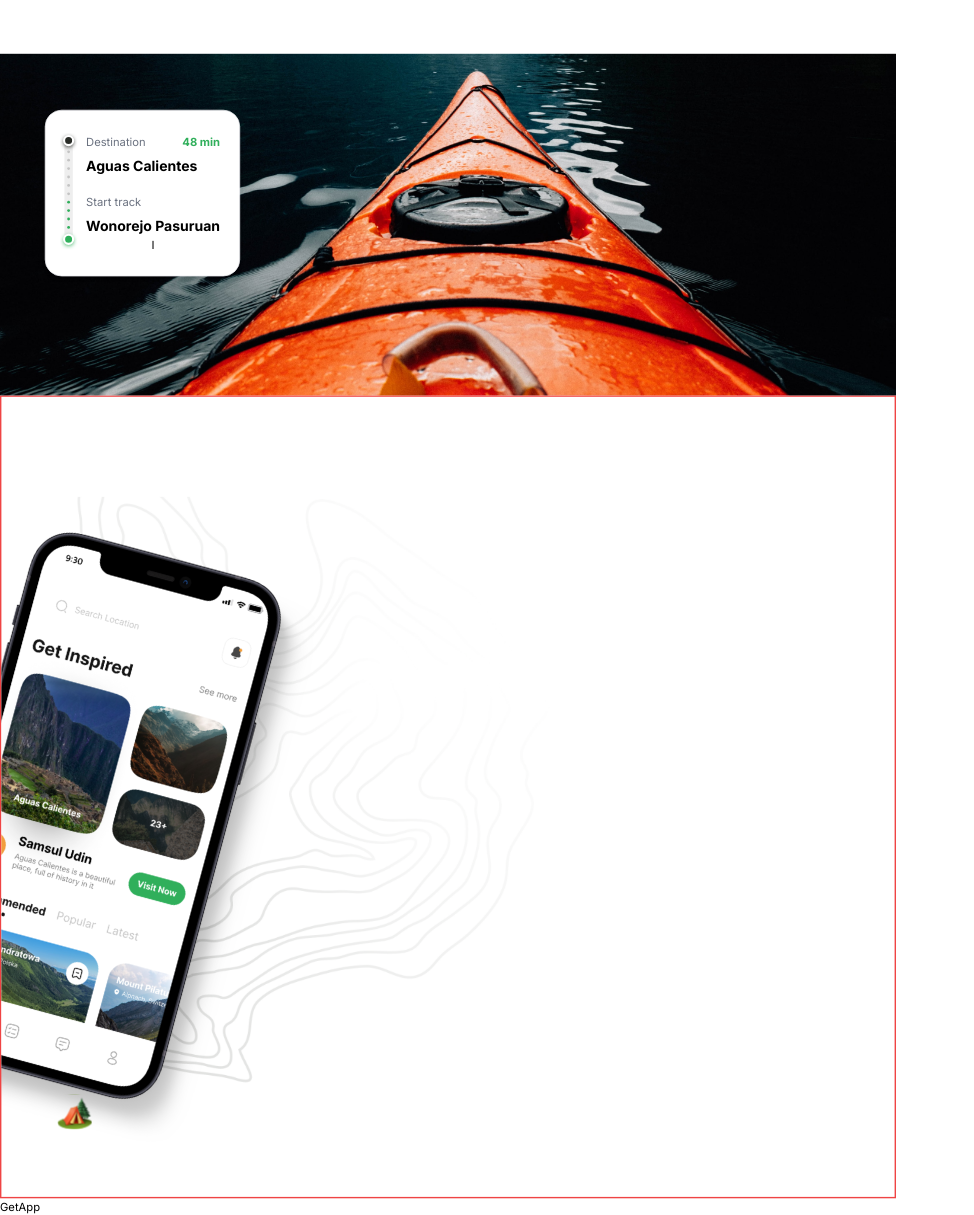
Repository: abdulrahmanmahmood/Travel-App
Page: /
The author's editor kept a copy of each file at every save. The page is drawn from the files as they stood at one save, then again after the next save.
The browser window is 1280 px wide. The page is 1392 px wide, so the pictures cover 1392 px, including what lies to the right of the window. The pictures show the part of the page from y = 2107 to 3867 px (the page is 3843 px tall before and 3867 px after), at 70% of full size.
The project was rebuilt for these pictures with package versions that can differ from the ones it lists, and the page was loaded fresh each time. The framework's server and built-in components were replaced by stand-ins that run in the browser. Also part of the build but not shown: next.config.js.

Above is the page before, as saved 2023-11-08 11:38:19.

After the next save:
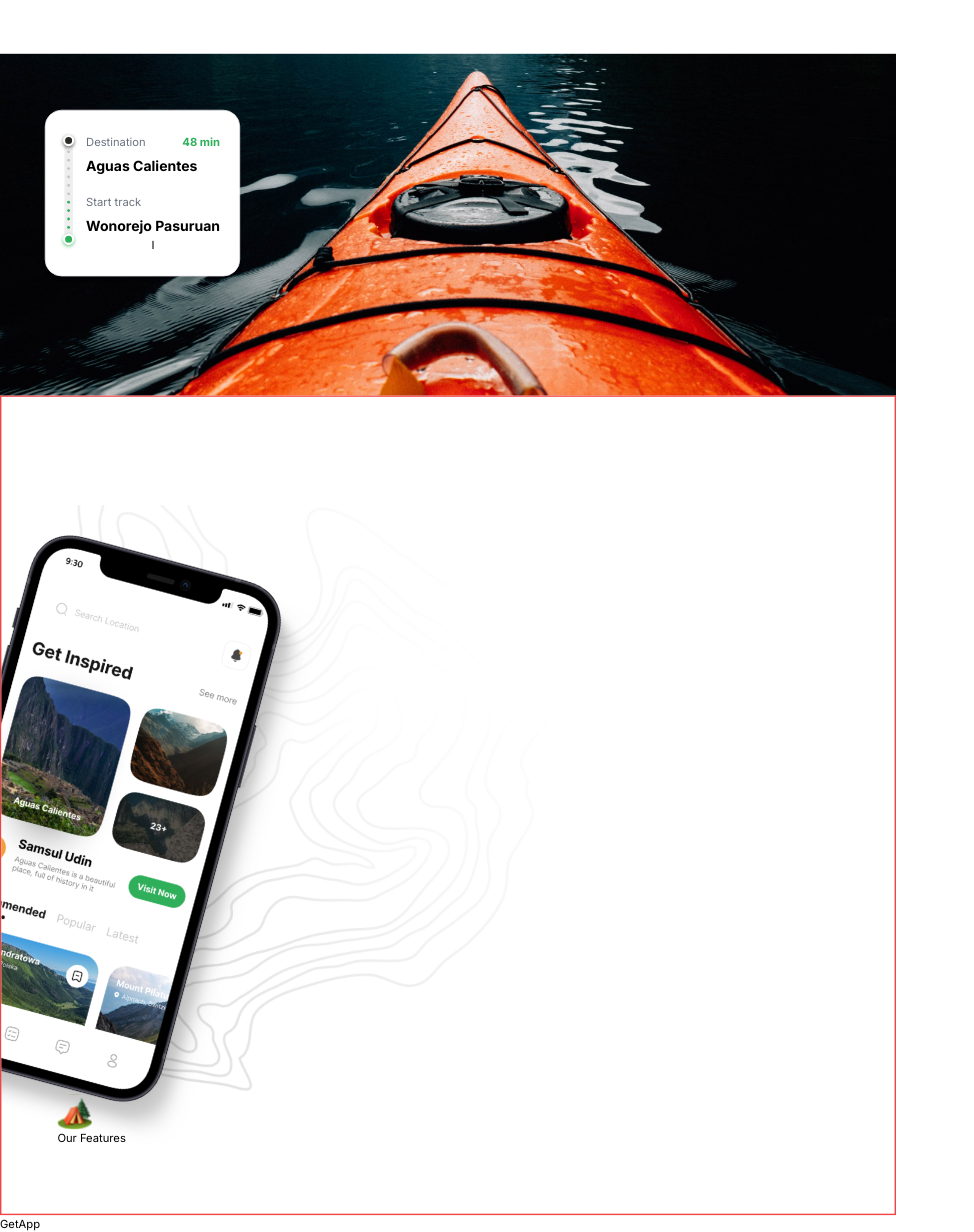
Saved 9 s later.
--- a/components/Features.tsx
+++ b/components/Features.tsx
@@ -11,7 +11,7 @@ function Features() {
         <div className="z-20 flex w-full flex-col  lg:2-[60%]">
           <div className="relative ">
             <Image src='/camp.svg' alt="camp" width={50} height={50}/>
-            <h2></h2>
+            <h2>Our Features</h2>
           </div>
         </div>
       </div>
